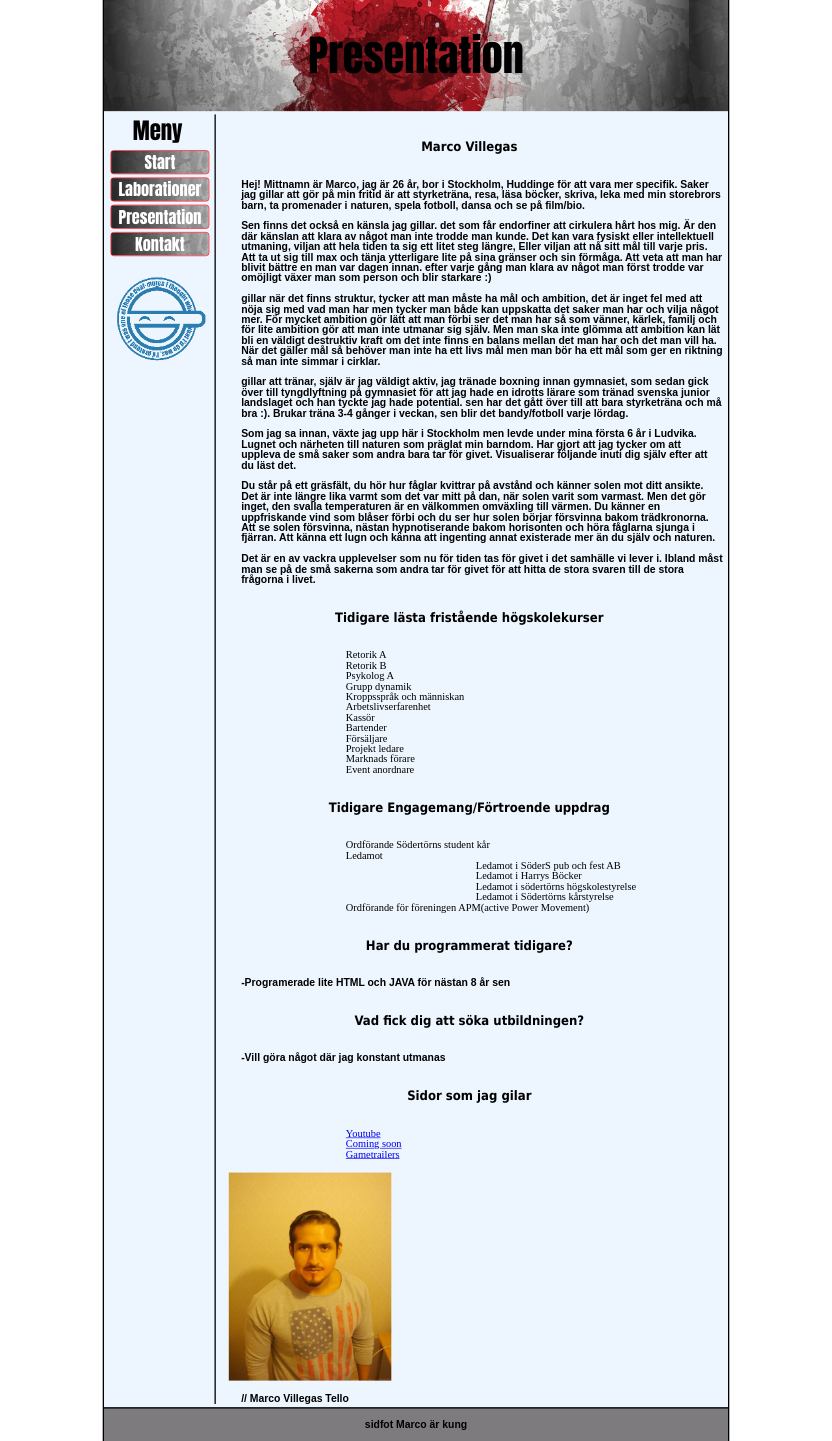
Repository: Marco30/1ik415-laborationer
Page: pages/presentation.html
The author's editor kept a record of every edit. The page is drawn from the files as they stood at one moment, then again after the next edit.
The browser window is 1280 px wide. The pictures show the whole page, at 65% of full size.

Above is the page before.

### pages/presentation.html
<!DOCTYPE html>

<html lang="sv">

<head>

        <meta charset="UTF-8"/>

        <title>Min första sida</title>

        <link href="../CSS/style.css" rel="stylesheet" type="text/css">

</head>

<body>

<div id="inramning">

        <div id="sidhuvud">

        <h1>Presentation</h1>


        </div>

        <div id="menyruta">

        <div id="meny">

        <h4>Meny</h4>

        <ul>

                <li> <a href="../index.html">Start</a> </li>

                <li> <a href="Laborationer.html">Laborationer</a> </li>

                <li> <a href="presentation.html">Presentation</a> </li>

                <li> <a href="kontakt.html">Kontakt</a> </li>

        </ul>

        </div>

        </div>

        <div id="blogg">

        <H4>Marco Villegas</H4>

        <p>
                Hej! Mittnamn är Marco, jag är 26 år, bor i Stockholm, Huddinge för att vara mer specifik.
                Saker jag gillar att gör på min fritid är att styrketräna, resa, läsa böcker, skriva, leka med min storebrors barn, ta promenader i naturen, spela fotboll, dansa och se på film/bio.
        </p>

        <br/>

        <p>
                Sen finns det också en känsla jag gillar. det som får endorfiner att cirkulera hårt hos mig. Är den där känslan att klara av något man inte trodde man kunde. Det kan vara fysiskt eller intellektuell utmaning, viljan att hela tiden ta sig ett litet steg längre, Eller viljan att nå sitt mål till varje pris. Att ta ut sig till max och tänja ytterligare lite på sina gränser och sin förmåga. Att veta att man har blivit bättre en man var dagen innan. efter varje gång man klara av något man först trodde var omöjligt växer man som person och blir starkare :)
        </p>

        <br/>

        <p>
                gillar när det finns struktur, tycker att man måste ha mål och ambition, det är inget fel med att nöja sig med vad man har men tycker man både kan uppskatta det saker man har och vilja något mer. För mycket ambition gör lätt att man förbi ser det man har så som vänner, kärlek, familj och för lite ambition gör att man inte utmanar sig själv. Men man ska inte glömma att ambition kan lät bli en väldigt destruktiv kraft om det inte finns en balans mellan det man har och det man vill ha. När det gäller mål så behöver man inte ha ett livs mål men man bör ha ett mål som ger en riktning så man inte simmar i cirklar.
        </p>

        <br/>

        <p>
                gillar att tränar, själv är jag väldigt aktiv, jag tränade boxning innan gymnasiet, som sedan gick över till tyngdlyftning på gymnasiet för att jag hade en idrotts lärare som tränad svenska junior landslaget och han tyckte jag hade potential. sen har det gått över till att bara styrketräna och må bra :). Brukar träna 3-4 gånger i veckan, sen blir det bandy/fotboll varje lördag.
        </P>

        <br/>

        <p>
                Som jag sa innan, växte jag upp här i Stockholm men levde under mina första 6 år i Ludvika. Lugnet och närheten till naturen som präglat min barndom. Har gjort att jag tycker om att uppleva de små saker som andra bara tar för givet.
                Visualiserar följande inuti dig själv efter att du läst det.
        </p>

        <br/>

        <p>
                Du står på ett gräsfält, du hör hur fåglar kvittrar på avstånd och känner solen mot ditt ansikte. Det är inte längre lika varmt som det var mitt på dan, när solen varit som varmast. Men det gör inget, den svalla temperaturen är en välkommen omväxling till värmen. Du känner en uppfriskande vind som blåser förbi och du ser hur solen börjar försvinna bakom trädkronorna. Att se solen försvinna, nästan hypnotiserande bakom horisonten och höra fåglarna sjunga i fjärran. Att känna ett lugn och känna att ingenting annat existerade mer än du själv och naturen.
        </p>

        <br/>

        <p>
                Det är en av vackra upplevelser som nu för tiden tas för givet i det samhälle vi lever i.
                Ibland måst man se på de små sakerna som andra tar för givet för att hitta de stora svaren till de stora frågorna i livet.
        </p>

        <h4>Tidigare lästa fristående högskolekurser</h4>

        <ul class="lablista">

                <li>Retorik A</li>

                <li>Retorik B</li>

                <li>Psykolog A</li>

                <li>Grupp dynamik</li>

                <li>Kroppsspråk och människan</li>

        </ul>

        <dl class="lablista">

                <dt> Arbetslivserfarenhet </dt>

   		<dd> Kassör </dd>

   		<dd> Bartender </dd>

   		<dd> Försäljare </dd>

   		<dd> Projekt ledare </dd>

   		<dd> Marknads förare </dd>

   		<dd> Event anordnare </dd>


        </dl>


        <h4>Tidigare Engagemang/Förtroende uppdrag </h4>

        <ul class="lablista">
                <li>Ordförande Södertörns student kår</li>

                <li>Ledamot

                        <ul class="lablista">

                                <li>Ledamot i SöderS pub och fest AB</li>

                                <li>Ledamot i Harrys Böcker </li>

                                <li>Ledamot i södertörns högskolestyrelse</li>

                                <li>Ledamot i Södertörns kårstyrelse</li>

                        </ul>

                </li>

                <li>Ordförande för föreningen APM(active Power Movement)</li>

        </ul>

        <H4>Har du programmerat tidigare?</H4>

        <p>
                -Programerade lite HTML och JAVA för nästan 8 år sen
        </p>

        <h4>Vad fick dig att söka utbildningen?</h4>

        <p>
                -Vill göra något där jag konstant utmanas
        </p>

        <h4>Sidor som jag gilar</h4>


        <ul class="lablista">

                <li> <a href="http://www.youtube.com"> Youtube </a> </li>

                <li> <a href="http://www.comingsoon.net"> Coming soon </a> </li>

                <li> <a href="http://www.gametrailers.com"> Gametrailers </a> </li>

        </ul>

        <a id="jag"></a>
        <img src="../pics/smil3.jpg" alt="Smiley face" width="250" height="320" class="left" >

        <p>
        // Marco Villegas Tello
        </p>

        </div>

        <div id="sidfot">

        <p>
        sidfot Marco är kung
        </p>

        </div>


</div>

</body>

</html>

### CSS/style.css
 /* http://meyerweb.com/eric/tools/css/reset/
   v2.0 | 20110126
   License: none (public domain)
*/

html, body, div, span, applet, object, iframe,
h1, h2, h3, h4, h5, h6, p, blockquote, pre,
a, abbr, acronym, address, big, cite, code,
del, dfn, em, img, ins, kbd, q, s, samp,
small, strike, strong, sub, sup, tt, var,
b, u, i, center,
dl, dt, dd, ol, ul, li,
fieldset, form, label, legend,
table, caption, tbody, tfoot, thead, tr, th, td,
article, aside, canvas, details, embed,
figure, figcaption, footer, header, hgroup,
menu, nav, output, ruby, section, summary,
time, mark, audio, video {
    margin: 0;
    padding: 0;
    border: 0;
    font-size: 100%;
    font: inherit;
    vertical-align: baseline;
}
/* HTML5 display-role reset for older browsers */
article, aside, details, figcaption, figure,
footer, header, hgroup, menu, nav, section {
    display: block;
}
body {
    line-height: 1;
}
ol, ul {
    list-style: none;
}
blockquote, q {
    quotes: none;
}
blockquote:before, blockquote:after,
q:before, q:after {
    content: '';
    content: none;
}
table {
    border-collapse: collapse;
    border-spacing: 0;
}


#inramning
{
         width:960px;
        margin:0 auto;
        background-color: #EDF5FF;
        border-left: 2px solid black;
        border-right: 2px solid black;
}


#sidhuvud /* skappar rammen längs upp, den som har sidans namn */
{

        background-image: url(pics/Max.png);
        height:171px;

}

#sidhuvud H1 /* ger H1 följande egenskaper som  alltid är bundna till sidhuvud div */
{
        font-weight: bold;
        line-height:171px;
        text-align:center;
        font-family: Impact, Charcoal, sans-serif;
        font-size: 65px;
        color:black;
}


#menyruta /* skappar rutan som menyn finns i och har alla des egenskaper som färg, bred, position m.m.*/
{
        float: left;
        width: 155px;
        height: 600px;
        margin: 5px;
        font-family: Impact, Charcoal, sans-serif;
        background-image: url(pics/fun1.png);
        background-repeat: no-repeat;
        background-position:15px 250px;


}

#menyruta H4 /* ger H1 följande egenskaper som alltid är bundna till menyruta div */
{
        line-height:50px;
        font-weight: bold;
        text-align:center;
        font-size: 35px;
}

#meny /* centerar all text i meny div*/
{
        text-align: center;

}


#meny li /* ger li följande egenskaper som alltid är bundna till meny div */
{
        margin: 5px;
        padding: 0;
        list-style: none;
}

#meny li a /* ger li a följande egenskaper som alltid är bundna till meny div */
{
        display: block;
        width: 130px;
        margin: 0;
        padding: 5px 10px 5px 10px;
        text-decoration: none;
        font-family: Impact, Charcoal, sans-serif;
        font-size: 25px;
        color: white;
        border-radius: 5px;
        border: 1px solid red;
       background: url('pics/Max.png');

}

#meny li a:hover /* ger li A följande egenskaper när mus pekaren svävar över den */
{
        padding: 5px 12px;
        color: white;
}

#meny #active /* visar vilken sida man är på i menyn genom att göra den lenken svart*/
{
        background: black;
}


#blogg
{
        float: left;
        width: 780px;
        border-left: 2px solid black;
        margin: 5px;
        text-align:center;
}

#blogg table, th, td
{
        margin-left:auto;
        margin-right:auto;
        border: 1px solid black;
}


#blogg H2
{
        font-family: Tahoma, Geneva, sans-serif;
        font-weight: bold;
        text-align:center;
        font-size: 40px;
}

#blogg H4
{
        line-height:100px;
        font-family: Tahoma, Geneva, sans-serif;
        font-weight: bold;
        text-align:center;
        font-size: 20px;
}

#blogg form
{
        text-align: left;
        background: none repeat scroll 0% 0% #CCC;
        border: 1px solid rgb(170, 57, 57);
        padding-left: 100px;
        color: rgb(170, 57, 57);
        font-size: 18px;
        font-weight: bold;
        font-family: Tahoma,Geneva,sans-serif;
        margin: 20px 50px 20px 90px;
}

#blogg form H4
{
        line-height:100px;
        font-family: Tahoma, Geneva, sans-serif;
        font-weight: bold;
        text-align:center;
        font-size: 30px;
}

#blogg input
{
        color: rgb(170, 57, 57);
        padding: 10px;
        font-family: Tahoma,Geneva,sans-serif;
        font-size: 16px;
        margin-bottom: 15px;
        margin-top: 10px;
        background-color: rgba(255, 255, 255, 0.4);
        border: 5px solid rgb(170, 57, 57);
}

#blogg select
{
        border: 5px solid #AA3939;
        padding: 10px;
        font-family: Keffeesatz,Arial;
        font-size: 14px;
        margin-bottom: 15px;
        margin-top: 10px;
        background-color: rgba(255, 255, 255, 0.4);
        color: #AA3939;
}


#blogg textarea
{
        color: #AA3939;
        background-color: rgba(255, 255, 255, 0.4);
        padding: 10px;
        font-family: Keffeesatz,Arial;
        margin-top: 10px;
        width: 450px;
        margin-bottom: 15px;
        font-size: 16px;
        border: 5px solid #AA3939;
}



#blogg P
{
        padding-left: 5%;
        font-family: ‘Lucida Sans Unicode’, ‘Lucida Grande’, sans-serif;
        font-weight: bold;
        text-align:left;
}

#sidfot
{
        clear: left;
        width: 960px;
        height: 50px;
        background-color: #7E7B7F;
        border-top: 2px solid black;

}

#sidfot P
{
        line-height:50px;
        text-align:center;
        font-family: ‘Lucida Sans Unicode’, ‘Lucida Grande’, sans-serif;
        font-weight: bold;


}


 .right /*class som   placerar objekt till höger*/
{
        float:right;
        margin: 0 0 20px 20px;
}

 .left /*class som   placerar objekt till vänster*/
{
        float:left;
        margin: 20px 520px 20px 20px;
}


#blogg #sprite {
        width: 24px;
        height: 24px;
        background: url(pics/sprite.png) 24px -144px;
padding: 4px 24px 3px 0px;
display: block;
width: 147px;
margin: 0px 0px -17px 16px;
background-repeat: no-repeat;
text-decoration: none;
color: #ccc8b8;


}

#blogg #sprite:hover{
        width: 24px;
        height: 24px;
        background: url(pics/sprite.png) 24px -96px;
padding: 4px 24px 3px 0px;
display: block;
width: 147px;
margin: 0px 0px -17px 16px;
background-repeat: no-repeat;
text-decoration: none;
color: blue;
}

#blogg #b {

  width: 24px;
  height: 24px;
   background: url('pics/sprite.png') 24px -192px;
 text-align: center;
padding: 5px 24px 3px 0px;
display: block;
width: 147px;
margin: 9px 0px -26px -48px;
background-repeat: no-repeat;
text-decoration: none;

}

#blogg #b:hover{
  background: url('pics/sprite.png') 24px -240px;
  width: 24px;
  height: 24px;
  text-align: center;
padding: 5px 24px 3px 0px;
display: block;
width: 147px;
margin: 9px 0px -26px -48px;
background-repeat: no-repeat;
color: #ccc8b8;
text-decoration: none;

}


.lablista
{
        padding-left: 200px;
        text-align:left;
        padding: 5;
}


        /* CSS för utrskrift startar här ifrån */

@media print {


        /* tar bort element som man inte vill ha i utskriften */


        #menyruta, #sidfot
        {
                display: none;
                border: 0;

        }

        #inramning
        {
                background-color:none;
                border-left: none;
                border-right: none;
        }


        #blogg
        {
                border: none;
        }

        img {
                display: none;
        }


        /* gör så att man får färg på lenkar i utskriften */
        #blogg a:link, a:visited
        {
                color: #781351;
        }

        /*visar hela adressen på en lenk bredvid namnet*/
        #blogg a:after
        {
                content: " (" attr(href) ")";
                font-size: 14px 0px;
        }

}


@media only screen and (max-device-width : 481px) {

	div#inramning
	{
	        width: 481px;
	}

        div#sidhuvud
	{
	        background-image: url(pics/maxliten.png);
	        height: 91px;
	        position: relative;

	}

	div#sidhuvud h1
	{
	        font-size: 40px;
font-weight: bold;
line-height: 104px;
text-align: center;
font-family: Impact,Charcoal,sans-serif;
color: black;
	}

	#blogg
	{
		float: none;
		width: 100%;
	}

	#blogg H2 {
    font-family: Tahoma,Geneva,sans-serif;
    font-weight: bold;
    text-align: center;
    font-size: 20px;
	}

#blogg H4
{
    line-height: 49px;
    font-family: Tahoma,Geneva,sans-serif;
    font-weight: bold;
    text-align: center;
    font-size: 14px;
}

div#menyruta /* skappar rutan som menyn finns i och har alla des egenskaper som färg, bred, position m.m.*/
{
        font-family: Impact,Charcoal,sans-serif;
width: 480px;
height: auto;
margin: 3px 0px 10px -44px;

}

div#menyruta H4 /* ger H1 följande egenskaper som alltid är bundna till menyruta div */
{
        font-size: 19px;
line-height: 35px;
display: none;

}

div#meny /* centerar all text i meny div*/
{
        text-align: center;

}


div#meny li /* ger li följande egenskaper som alltid är bundna till meny div */
{
        margin-right: 0px;
display: inline-block;
list-style: none outside none;
}

div#meny li a /* ger li a följande egenskaper som alltid är bundna till meny div */
{
     font-family: Impact,Charcoal,sans-serif;
font-size: 16px;
border: 1px solid #F00;
padding: 5px 6px;
margin: 0px 0px 0px 6px;
border-radius: 3px;
display: block;
text-decoration: none;
color: #FFF;
background: url('pics/Max.png') repeat scroll 0% 0% transparent;
width: auto;
}

div#meny li a:hover /* ger li A följande egenskaper när mus pekaren svävar över den */
{
        padding: 5px 12px;
        color: white;
}

div#meny #active /* visar vilken sida man är på i menyn genom att göra den lenken svart*/
{
        background: black;
}

}

After the next edit:
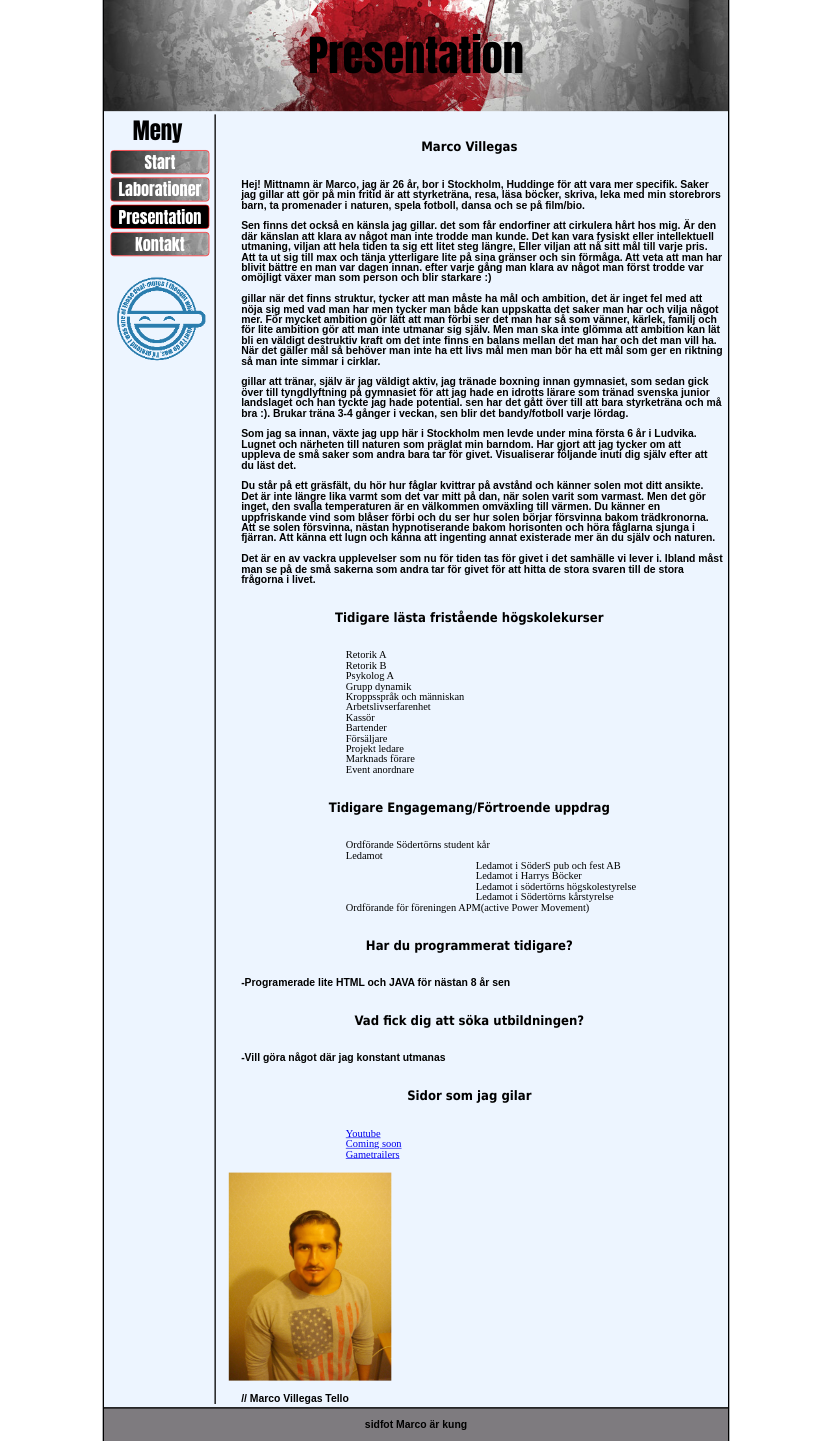
The edit:
--- a/pages/presentation.html
+++ b/pages/presentation.html
@@ -35,7 +35,7 @@
 
                 <li> <a href="Laborationer.html">Laborationer</a> </li>
 
-                <li> <a href="presentation.html">Presentation</a> </li>
+                <li> <a href="presentation.html" id="active">Presentation</a> </li>
 
                 <li> <a href="kontakt.html">Kontakt</a> </li>
 
